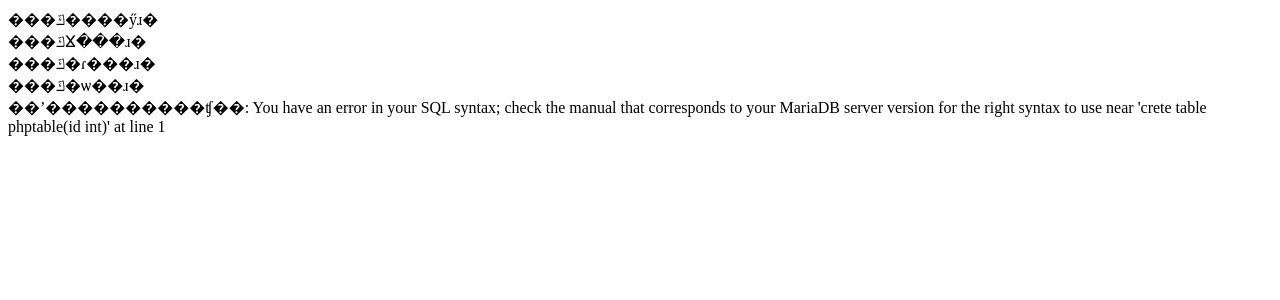
Repository: ZxxWs/P_M_learn
Page: http://localhost/
An editor plug-in stored every save of this project. The page is shown before and after the next save, followed by the edit.
The browser window is 1280 px wide. The pictures show the whole page.
The page is run by PHP 8.4 with error messages shown; the project is at /var/www/html/.

Above is the page before, as saved 2019-03-11 09:35:35.

After the next save:
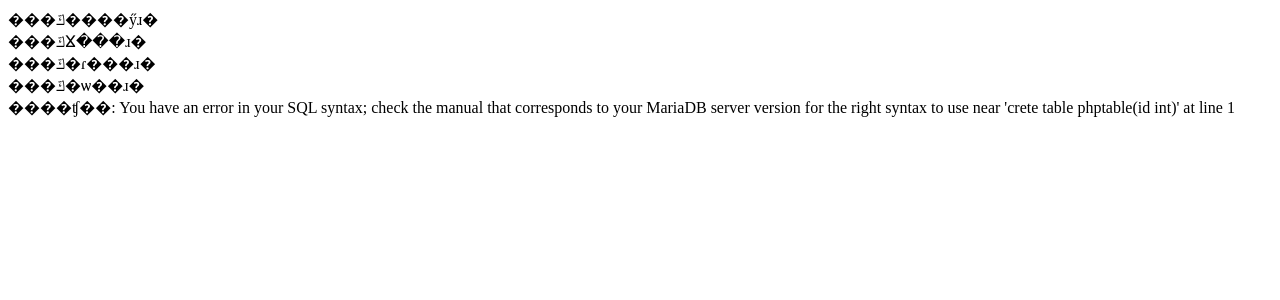
Saved 76 s later.
--- a/Mysql_learn/index.php
+++ b/Mysql_learn/index.php
@@ -43,7 +43,6 @@ echo "<br />";
 
 //************************************************************
 //创建表
-echo "开始创建表";
 $table="crete table phptable(id int)";
 $createtable=mysqli_query($conn, $table);
 if($createtable)
